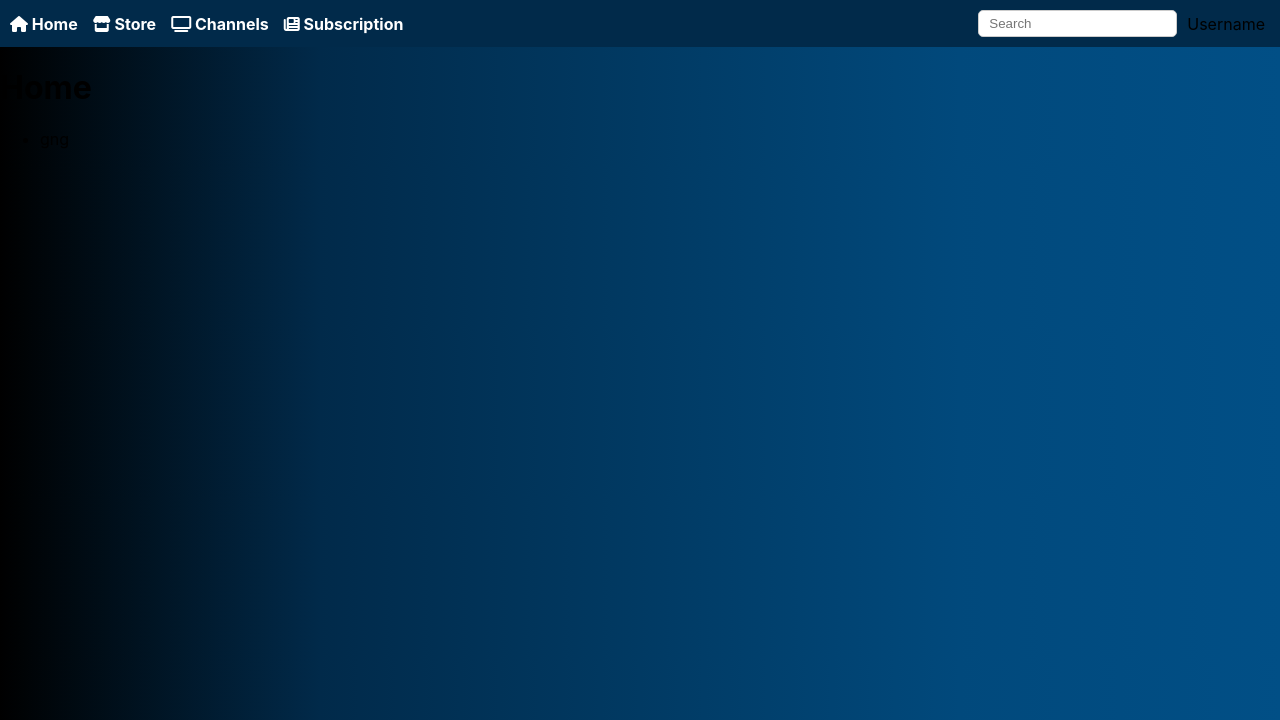
Repository: gordonnrat/group-2-project
Page: / (app in source-code/)
These files come from the project's save history. The page is drawn as it stood at one moment and after the next save; the edit follows.
The browser window is 1280 px wide. The pictures show the whole page.
The project was rebuilt for these pictures with package versions that can differ from the ones it lists, and the page was loaded fresh each time. Also part of the build but not shown: source-code/src/App.css, source-code/src/App.js, source-code/src/components/pages/Login.js.

Above is the page before, as saved 2023-07-21 10:28:20.

After the next save:
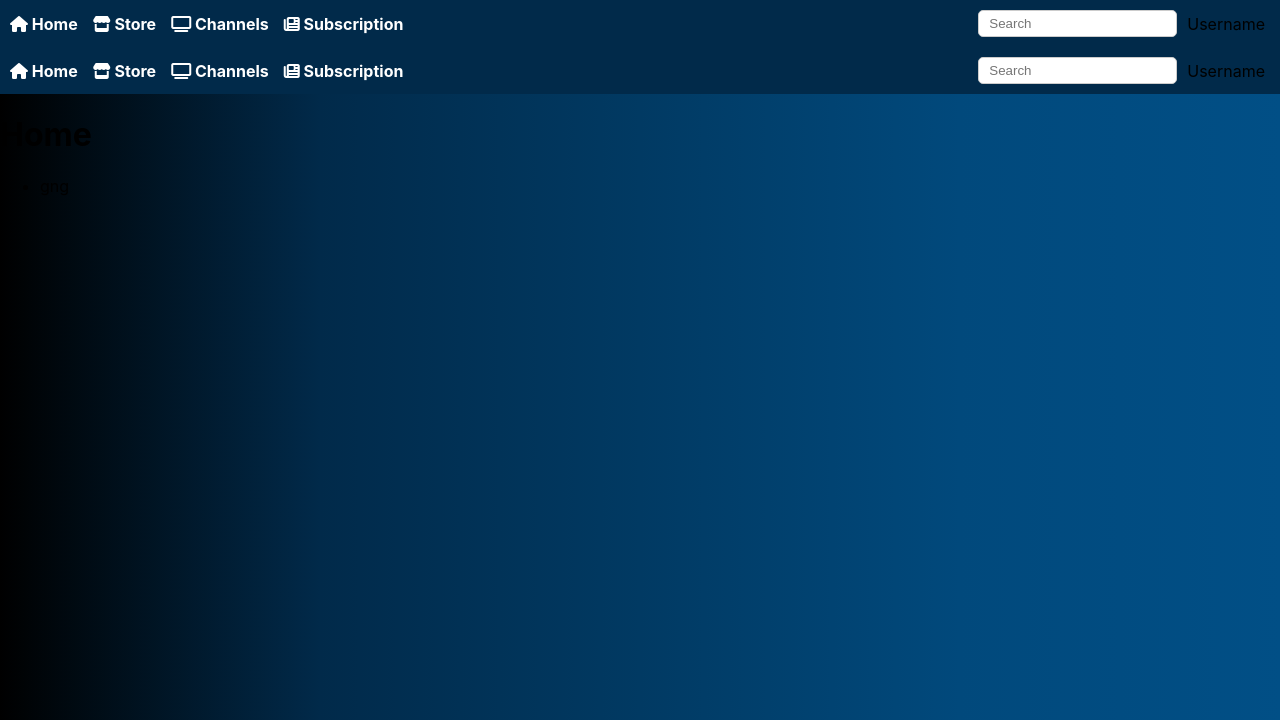
Saved 44 s later.
--- a/source-code/src/index.js
+++ b/source-code/src/index.js
@@ -12,10 +12,12 @@
 import App from './App';
 import Home from './components/pages/Home';
 import Login from './components/pages/Login';
+import Navbar from './components/Navbar'; // Import the Navbar component
 
 ReactDOM.render(
   <React.StrictMode>
     <Router>
+      <Navbar /> {/* Add the Navbar component */}
       <Routes>
         <Route path="/" element={<Home />} />
         <Route path="/login" element={<Login />} />

After the save that followed:
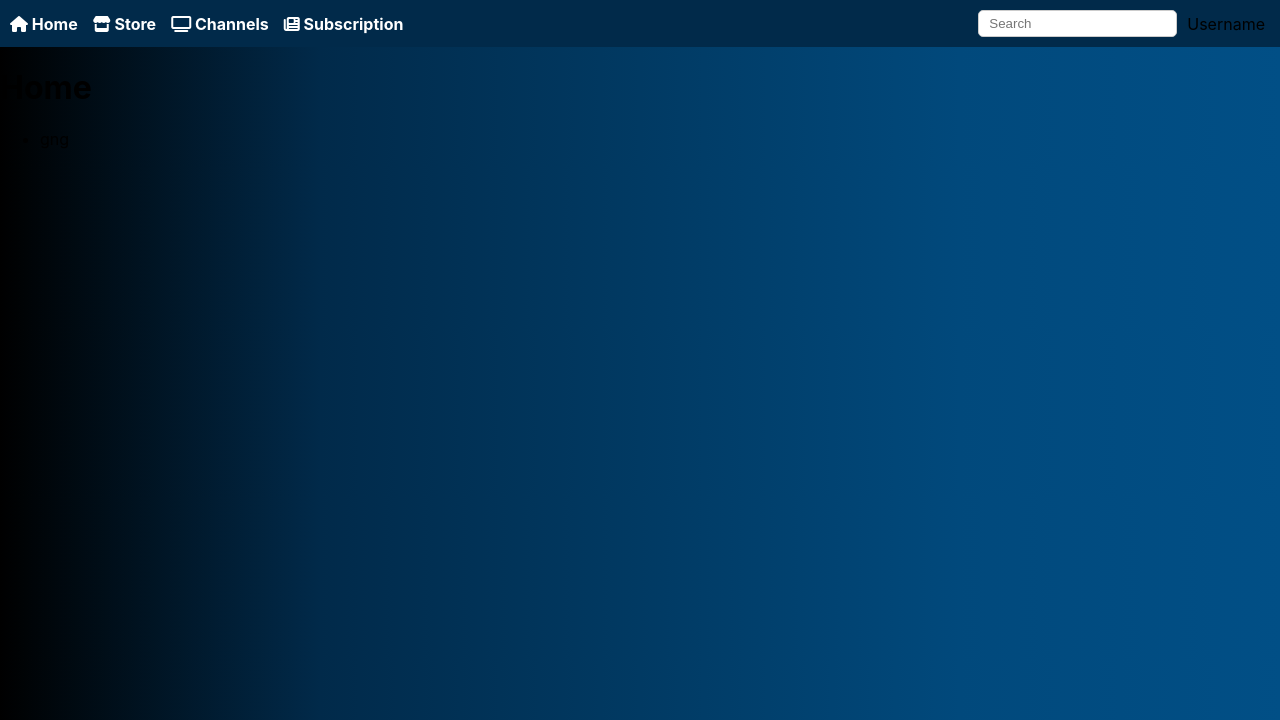
Saved 14 s later.
--- a/source-code/src/index.js
+++ b/source-code/src/index.js
@@ -12,12 +12,10 @@
 import App from './App';
 import Home from './components/pages/Home';
 import Login from './components/pages/Login';
-import Navbar from './components/Navbar'; // Import the Navbar component
 
 ReactDOM.render(
   <React.StrictMode>
     <Router>
-      <Navbar /> {/* Add the Navbar component */}
       <Routes>
         <Route path="/" element={<Home />} />
         <Route path="/login" element={<Login />} />
